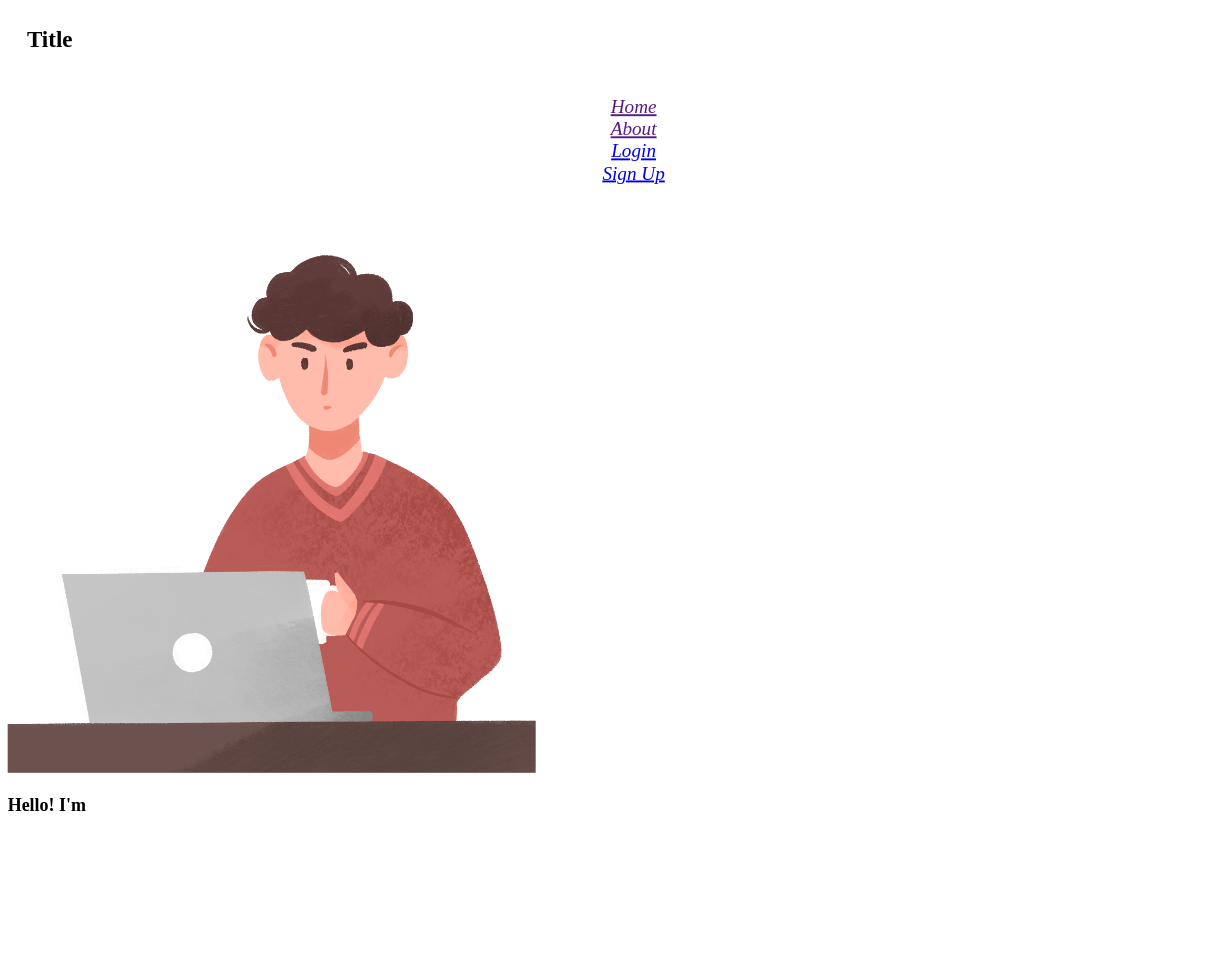
Repository: beruzz/ezen
Page: http://localhost/introduce/index.jsp
An editor plug-in stored every save of this project. The page is shown before and after the next save, followed by the edit.
The browser window is 1280 px wide. The pictures show the whole page, at 96% of full size.
The page is served by Tomcat 9. Other server files are loaded and not shown.

Above is the page before, as saved 2022-12-12 11:27:58.

### JSP_Board&Member/introduce/src/main/webapp/index.jsp
<%@ page language="java" contentType="text/html; charset=UTF-8"
    pageEncoding="UTF-8"%>
<%@ taglib uri = "http://java.sun.com/jsp/jstl/core" prefix="c" %>
<!DOCTYPE html>
<html>
<head>
<meta charset="UTF-8">
<title>Insert title here</title>
<style>
	header {
  		display: flex;
  		justify-content: space-between;
  		align-items: center;
  		list-style: none;
	}
	header > h2 {
		margin-left:20px;
	}
	.one {
    	background-size: cover;
    	text-align: left;
    	padding-top: 180px;
    	padding-bottom: 130px;
	}
	ul {
		list-style: none;
	}
	.menu{
		font-size: 20px;
    	font-style: italic;
    	align-items: center;
    	text-align: center;
    	padding-top: 80px;
   	    position: fixed;
    	top: 0;
    	left: 0;
    	right: 0;
    	height: 80px;
	}
	nav {
    	display: block;
	}
</style>
</head>
<body>
	<header id="header">
	<h2>Title</h2>
		<nav class="menu">
			<ul>
				<li><a href="">Home</a></li>
				<li><a href="">About</a></li>
				<li><a href="/mc/login">Login</a></li>
				<li><a href="/mc/join">Sign Up</a></li>
			</ul>
		</nav>
	</header>
		<div class="one">
        	<span class="profile"><img src="./images/me.png" width="550px;" height="550px" alt=""></span>
        	<h3><strong>Hello! I'm </strong><br></h3>
      	</div>
</body>
</html>

After the next save:
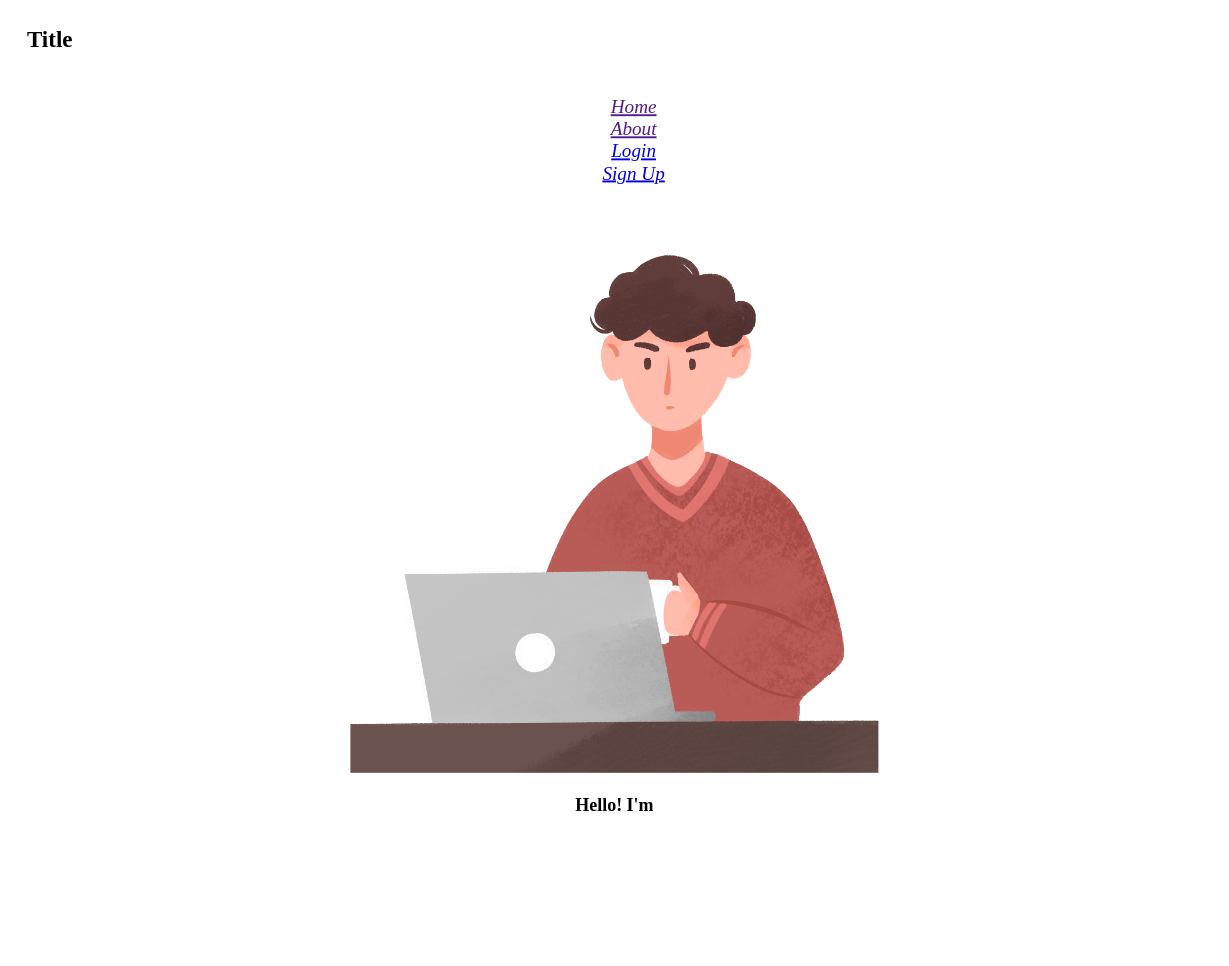
Saved 20 s later.
--- a/JSP_Board&Member/introduce/src/main/webapp/index.jsp
+++ b/JSP_Board&Member/introduce/src/main/webapp/index.jsp
@@ -18,7 +18,7 @@
 	}
 	.one {
     	background-size: cover;
-    	text-align: left;
+    	text-align: center;
     	padding-top: 180px;
     	padding-bottom: 130px;
 	}
